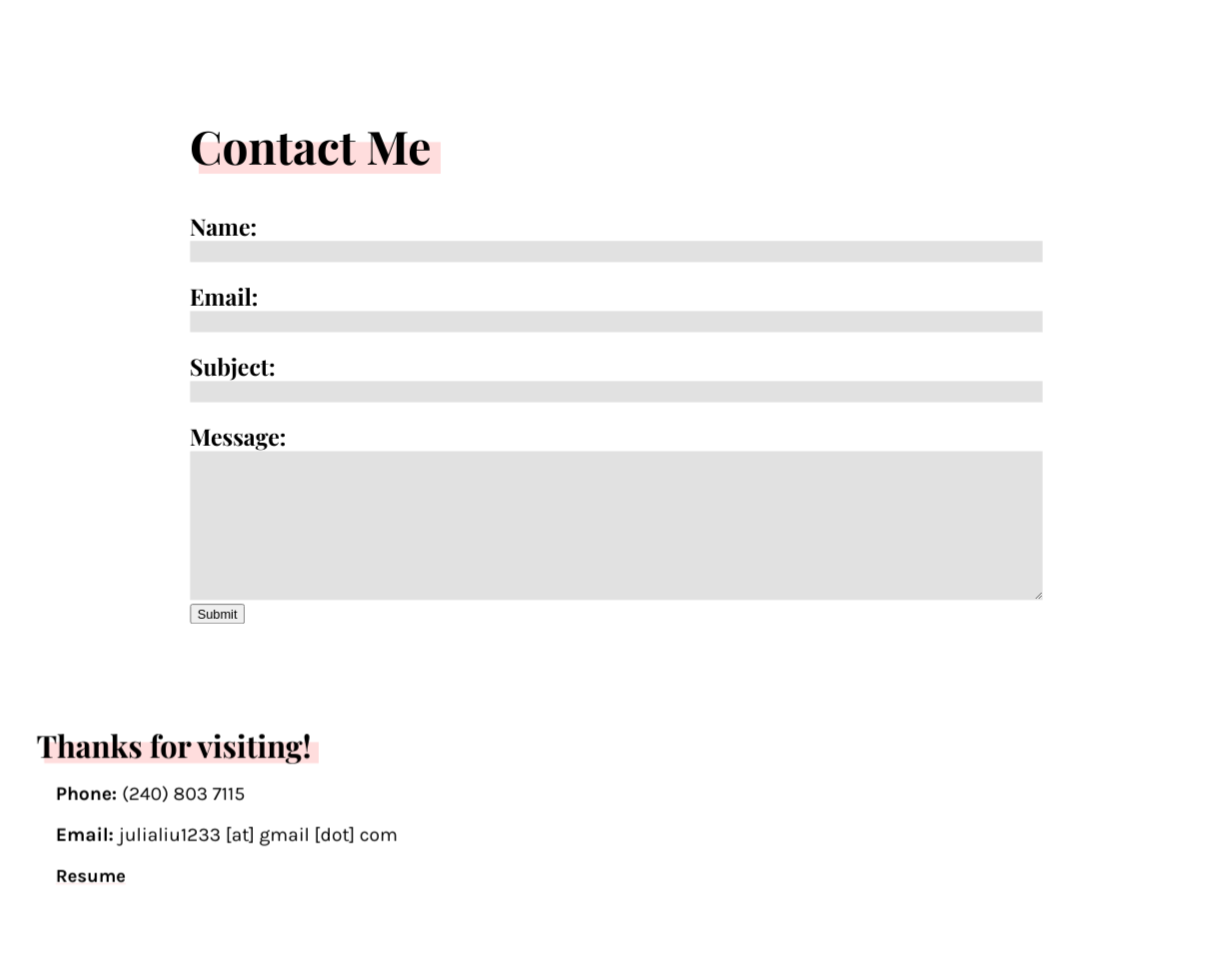
Repository: liu-julia/liu-julia.github.io
Page: contact.html
These files come from the project's save history. The page is drawn as it stood at one moment and after the next save; the edit follows.
The browser window is 1280 px wide. The pictures show the whole page, at 96% of full size.

Above is the page before, as saved 2022-05-19 16:03:57.

After the next save:
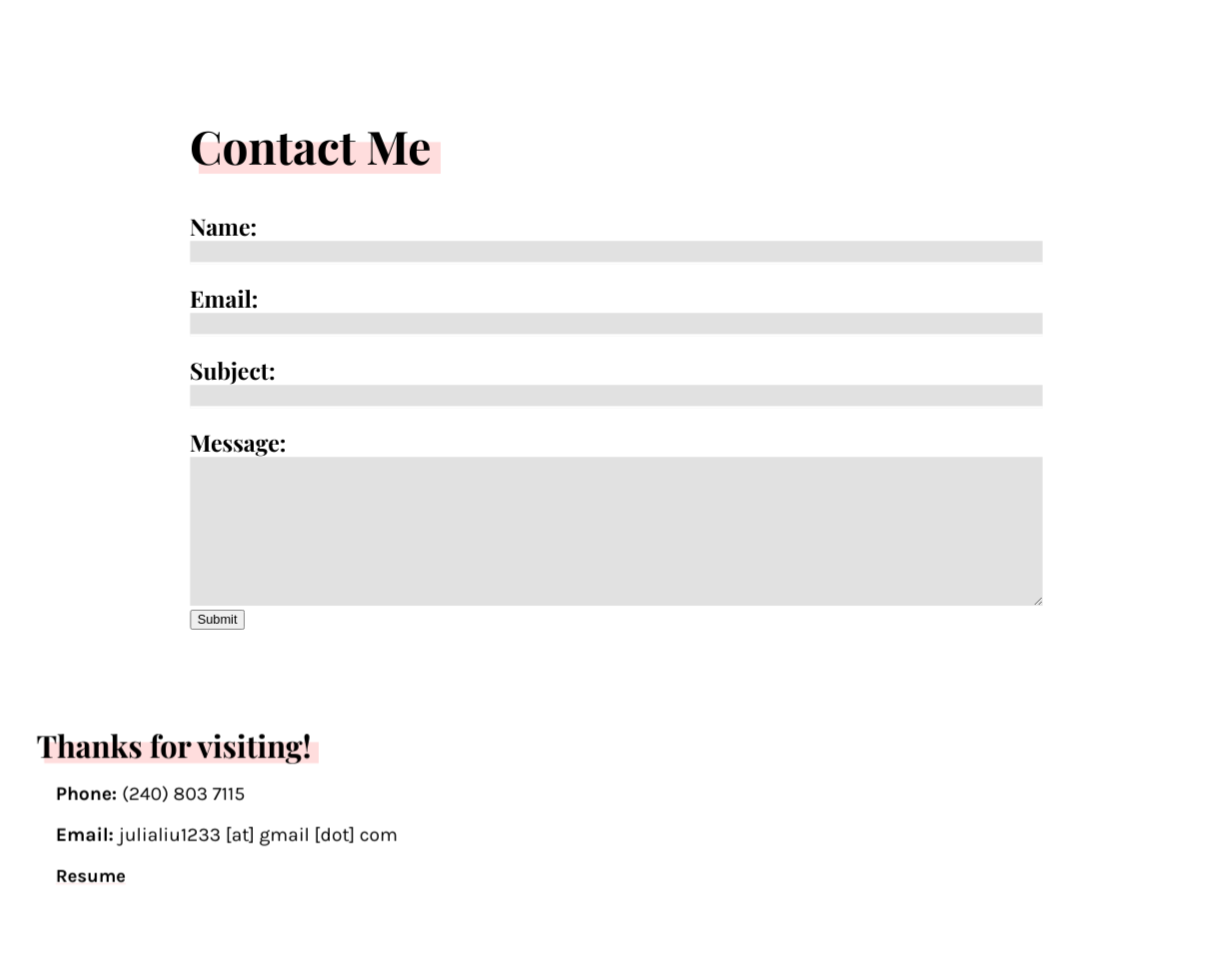
Saved 26 s later.
--- a/css/styles.css
+++ b/css/styles.css
@@ -287,6 +287,7 @@ input {
     background-color: #e1e1e1;
     border: none;
     font-size: 1.1rem;
+    border-bottom: 2px solid #ffffffff;
     font-family: 'Karla', sans-serif;
     transition: border-bottom .2s;
 }

After the 3 saves that followed:
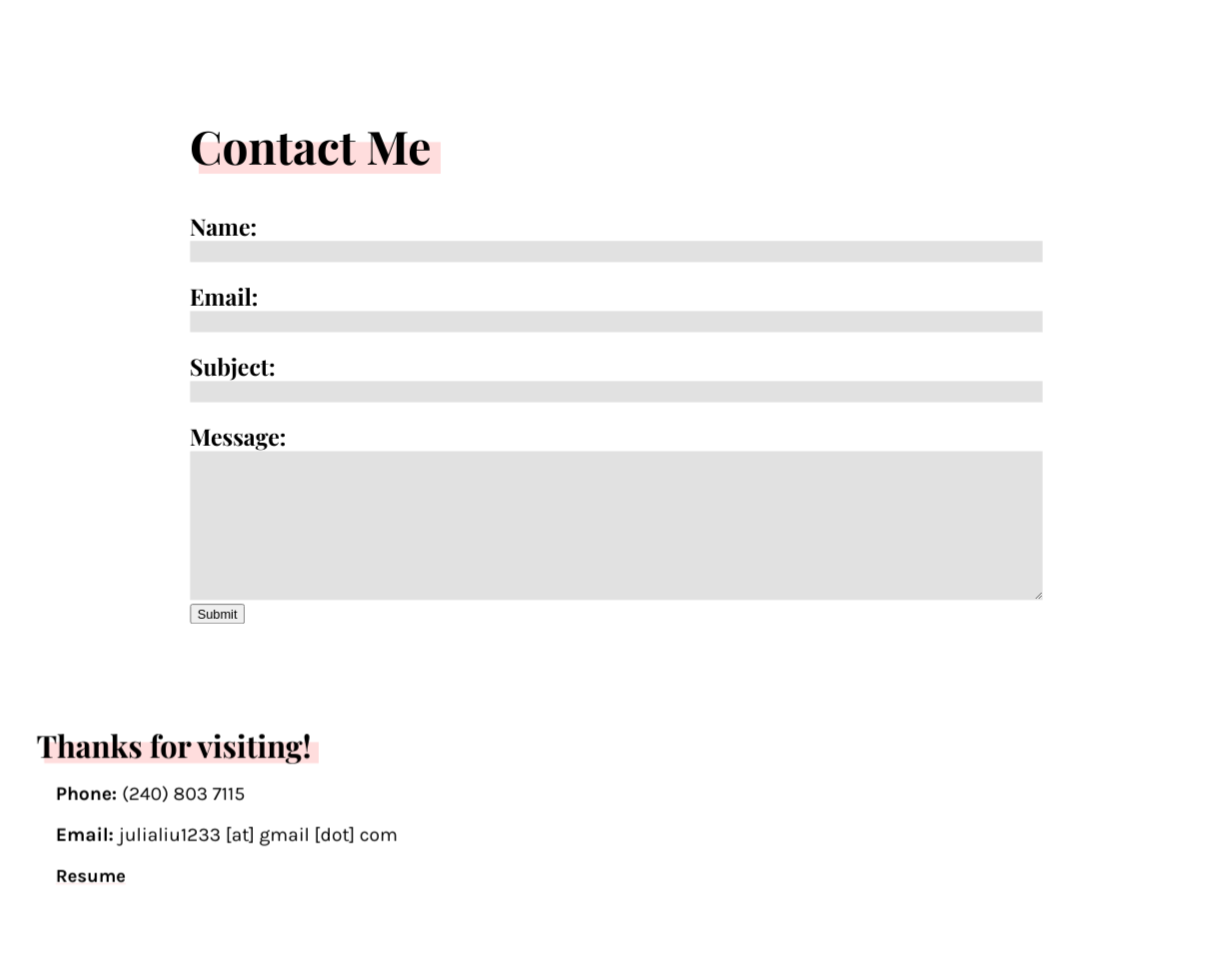
The 3 saves are shown as one change because 2 left the picture as it was.
The last was saved 2 min 48 s later.
--- a/css/styles.css
+++ b/css/styles.css
@@ -287,13 +287,14 @@ input {
     background-color: #e1e1e1;
     border: none;
     font-size: 1.1rem;
-    border-bottom: 2px solid #ffffffff;
     font-family: 'Karla', sans-serif;
     transition: border-bottom .2s;
+    transition: background-color .3s;
 }
 input:focus {
     outline: none;
     border-bottom: 2px solid black;
+    background-color: #ededed;
 
 }
 textarea {
@@ -303,6 +304,13 @@ textarea {
     height: 30%;
     font-size: 1.1rem;
     font-family: 'Karla', sans-serif;
+    transition: outline .2s;
+    transition: background-color .3s;
+}
+input:focus {
+    outline-width: 2px;
+    background-color: #ededed;
+
 }
 label {
     font-family: 'Playfair Display', serif;
